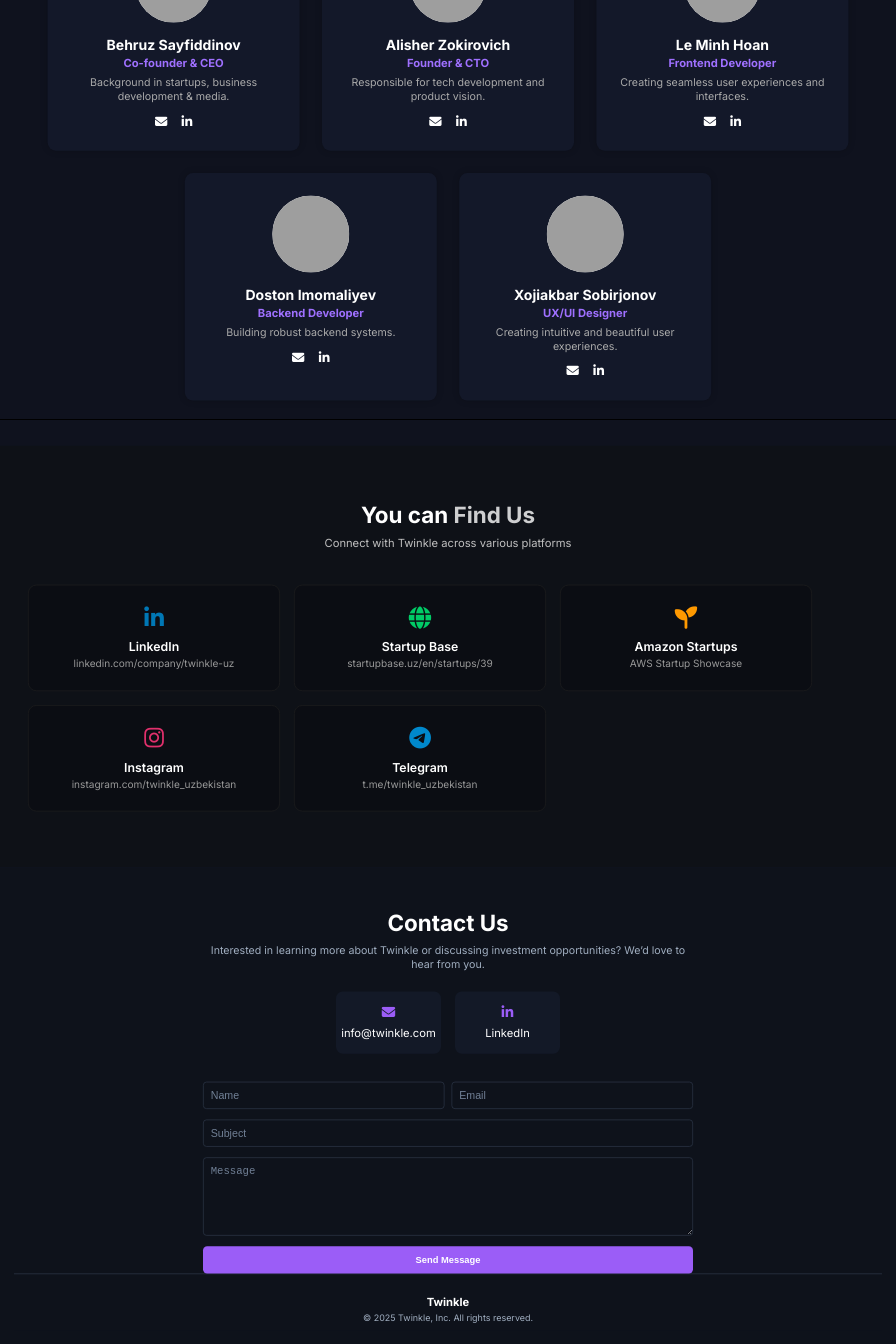
Repository: techboy-33/Twinkle-web
Page: index.html
The author's editor kept a copy of each file at every save. The page is drawn from the files as they stood at one save, then again after the next save.
The browser window is 1280 px wide. The pictures show the part of the page from y = 2306 to 4226 px (the page is 4226 px tall), at 70% of full size.
Pictures or frames that could not be fetched are drawn as grey boxes.

Above is the page before, as saved 2025-05-12 11:49:08.

### index.html
<!DOCTYPE html>
<html lang="en">

<head>
    <meta charset="UTF-8" />
    <meta name="viewport" content="width=device-width, initial-scale=1.0" />
    <title>Twinkle</title>
    <link href="styles.css" rel="stylesheet" />
    <link href="https://fonts.googleapis.com/css2?family=Inter:wght@400;600;700&display=swap" rel="stylesheet">
    <link rel="stylesheet" href="https://cdnjs.cloudflare.com/ajax/libs/font-awesome/6.5.0/css/all.min.css">
</head>

<body>
    <header class="navbar">
        <div class="container nav-inner">
            <div class="logo">Twinkle</div>
            <div class="nav-right">
                <nav class="nav-links">
                    <a href="#">General Info</a>
                    <a href="#">News</a>
                    <a href="#">Team</a>
                </nav>
                <div class="nav-icons">
                    <button class="icon-btn">🌐</button>
                    <button class="icon-btn">🌙</button>
                    <button class="contact-btn">Contact</button>
                </div>
            </div>
        </div>
    </header>
    <section class="hero">
        <div class="hero-inner">
            <h1>Twinkle</h1>
            <p class="subtitle">
                A social media platform uniting creators who produce high-quality, intellectual, and value-driven
                content with innovative filtering and multi-monetization models.
            </p>

            <div class="info-grid">
                <div class="info-card">
                    <h3>📍 Founded</h3>
                    <p>15th of December 2024</p>
                </div>
                <div class="info-card">
                    <h3>🏢 Headquarters</h3>
                    <p>Samarkand, Uzbekistan (remote)</p>
                </div>
                <div class="info-card">
                    <h3>🎯 Focus</h3>
                    <p>Creator economy, empowering media industry</p>
                </div>
                <div class="info-card">
                    <h3>🌍 Target Market</h3>
                    <p>Uzbekistan, Global Expansion</p>
                </div>
            </div>

            <button class="learn-btn">Learn More ⌄</button>
        </div>
    </section>
    <main class="container">
        <section class="general-info">
            <h2>General Info</h2>
            <div class="info-columns">
                <div class="left">
                    <p><strong>Industry</strong><br>Social Media, Creator Economy</p>
                    <p><strong>Business Model</strong><br>Platform, Subscription, Transaction Fees</p>
                    <p><strong>Location</strong><br>Tashkent, Uzbekistan</p>
                    <p><strong>Stage</strong><br>Pre-Seed</p>
                </div>
                <div class="right">
                    <p><strong>Description</strong><br>
                        Twinkle is designed to build a community of high-caliber, educational content creators while
                        creating a next-generation media platform that enables expanded monetization opportunities.
                    </p>
                    <p><strong>Investment Needs</strong><br>
                        Seeking investment for platform development, marketing, team expansion, and operational costs.
                    </p>
                    <button class="pitch-btn">View Pitch Deck ⬇️</button>
                </div>
            </div>
        </section>
    </main>
    <section class="news-section">
        <div class="container">
            <h2 class="news-title">Latest News</h2>
            <p class="news-subtitle">Updates and insights from our LinkedIn</p>

            <div class="news-grid">
                <!-- News Card 1 -->
                <div class="news-card">
                    <h3>Twinkle Announces Partnership with Local Creator Hub</h3>
                    <p>We're excited to announce our new partnership with the Central Asian Creator Hub, which will help
                        us connect with more talented content creators in the region...</p>
                    <div class="news-meta">
                        <span>📅 June 15, 2023</span>
                        <a href="#">Read More</a>
                    </div>
                </div>

                <!-- News Card 2 -->
                <div class="news-card">
                    <h3>The Future of Content Monetization in Emerging Markets</h3>
                    <p>Our CEO Behruz Sayfiddinov shares insights on how content creators in emerging markets can
                        leverage new monetization strategies to build sustainable careers...</p>
                    <div class="news-meta">
                        <span>📅 May 28, 2023</span>
                        <a href="#">Read More</a>
                    </div>
                </div>

                <!-- News Card 3 -->
                <div class="news-card">
                    <h3>Twinkle Featured in 'Startups to Watch' List</h3>
                    <p>We're honored to be included in this year's 'Startups to Watch' list by Tech Central Asia. This
                        recognition highlights our innovative approach to content creation...</p>
                    <div class="news-meta">
                        <span>📅 April 10, 2023</span>
                        <a href="#">Read More</a>
                    </div>
                </div>

                <!-- News Card 4 -->
                <div class="news-card">
                    <h3>Building a Quality-First Content Platform</h3>
                    <p>In our latest blog post, CTO Alisher Zokirovich discusses the technical challenges of building a
                        platform that prioritizes quality content while maintaining scalability...</p>
                    <div class="news-meta">
                        <span>📅 March 22, 2023</span>
                        <a href="#">Read More</a>
                    </div>
                </div>
            </div>

            <div class="view-all-wrapper">
                <button class="view-all-btn">View All Updates ⤵</button>
            </div>
        </div>
    </section>
    <section class="team-section">
        <div class="container">
            <h2 class="team-title">Our Team</h2>
            <p class="team-subtitle">Meet the passionate minds behind Twinkle</p>

            <div class="team-grid">
                <!-- Team Members -->
                <div class="team-card">
                    <img src="https://encrypted-tbn0.gstatic.com/images?q=tbn:ANd9GcR9CMIiPoEBXCQ0sEX700hf1_gQ1kkmD3HA4w&s"
                        alt="Behruz">
                    <h3>Behruz Sayfiddinov</h3>
                    <p class="role">Co-founder & CEO</p>
                    <p class="desc">Background in startups, business development & media.</p>
                    <div class="icons">
                        <a href="#"><i class="fas fa-envelope"></i></a>
                        <a href="#"><i class="fab fa-linkedin-in"></i></a>
                    </div>
                </div>

                <div class="team-card">
                    <img src="https://encrypted-tbn0.gstatic.com/images?q=tbn:ANd9GcR9CMIiPoEBXCQ0sEX700hf1_gQ1kkmD3HA4w&s"
                        alt="Alisher">
                    <h3>Alisher Zokirovich</h3>
                    <p class="role">Founder & CTO</p>
                    <p class="desc">Responsible for tech development and product vision.</p>
                    <div class="icons">
                        <a href="#"><i class="fas fa-envelope"></i></a>
                        <a href="#"><i class="fab fa-linkedin-in"></i></a>
                    </div>
                </div>

                <div class="team-card">
                    <img src="https://encrypted-tbn0.gstatic.com/images?q=tbn:ANd9GcR9CMIiPoEBXCQ0sEX700hf1_gQ1kkmD3HA4w&s"
                        alt="Member">
                    <h3>Le Minh Hoan</h3>
                    <p class="role">Frontend Developer</p>
                    <p class="desc">Creating seamless user experiences and interfaces.</p>
                    <div class="icons">
                        <a href="#"><i class="fas fa-envelope"></i></a>
                        <a href="#"><i class="fab fa-linkedin-in"></i></a>
                    </div>
                </div>

                <div class="team-card">
                    <img src="https://encrypted-tbn0.gstatic.com/images?q=tbn:ANd9GcR9CMIiPoEBXCQ0sEX700hf1_gQ1kkmD3HA4w&s"
                        alt="Member">
                    <h3>Doston Imomaliyev</h3>
                    <p class="role">Backend Developer</p>
                    <p class="desc">Building robust backend systems.</p>
                    <div class="icons">
                        <a href="#"><i class="fas fa-envelope"></i></a>
                        <a href="#"><i class="fab fa-linkedin-in"></i></a>
                    </div>
                </div>

                <div class="team-card">
                    <img src="https://encrypted-tbn0.gstatic.com/images?q=tbn:ANd9GcR9CMIiPoEBXCQ0sEX700hf1_gQ1kkmD3HA4w&s"
                        alt="Member">
                    <h3>Xojiakbar Sobirjonov</h3>
                    <p class="role">UX/UI Designer</p>
                    <p class="desc">Creating intuitive and beautiful user experiences.</p>
                    <div class="icons">
                        <a href="#"><i class="fas fa-envelope"></i></a>
                        <a href="#"><i class="fab fa-linkedin-in"></i></a>
                    </div>
                </div>
            </div>
        </div>
    </section>
    <section class="find-us-section">
        <div class="container">
            <h2 class="find-us-title">You can <span>Find Us</span></h2>
            <p class="find-us-subtitle">Connect with Twinkle across various platforms</p>
            <div class="find-us-grid">
                <div class="find-us-card linkedin">
                    <i class="fab fa-linkedin-in"></i>
                    <h3>LinkedIn</h3>
                    <p>linkedin.com/company/twinkle-uz</p>
                </div>
                <div class="find-us-card startup-base">
                    <i class="fas fa-globe"></i>
                    <h3>Startup Base</h3>
                    <p>startupbase.uz/en/startups/39</p>
                </div>
                <div class="find-us-card amazon">
                    <i class="fas fa-seedling"></i>
                    <h3>Amazon Startups</h3>
                    <p>AWS Startup Showcase</p>
                </div>
                <div class="find-us-card instagram">
                    <i class="fab fa-instagram"></i>
                    <h3>Instagram</h3>
                    <p>instagram.com/twinkle_uzbekistan</p>
                </div>
                <div class="find-us-card telegram">
                    <i class="fab fa-telegram-plane"></i>
                    <h3>Telegram</h3>
                    <p>t.me/twinkle_uzbekistan</p>
                </div>
            </div>
        </div>
    </section>
    <section class="contact-section">
        <div class="container contact-container">
          <h2 class="contact-title">Contact Us</h2>
          <p class="contact-description">
            Interested in learning more about Twinkle or discussing investment opportunities? We’d love to hear from you.
          </p>

          <div class="contact-methods">
            <div class="contact-box">
              <i class="fas fa-envelope"></i>
              <p>info@twinkle.com</p>
            </div>
            <div class="contact-box">
              <i class="fab fa-linkedin-in"></i>
              <p>LinkedIn</p>
            </div>
          </div>

          <form class="contact-form">
            <div class="form-row">
              <input type="text" placeholder="Name" required />
              <input type="email" placeholder="Email" required />
            </div>
            <input type="text" placeholder="Subject" required />
            <textarea placeholder="Message" rows="5" required></textarea>
            <button type="submit" class="send-btn">Send Message</button>
          </form>
        </div>

        <footer class="contact-footer">
          <div class="container">
            <p class="footer-brand">Twinkle</p>
            <p class="footer-rights">© 2025 Twinkle, Inc. All rights reserved.</p>
          </div>
        </footer>
      </section>

</body>

</html>

### styles.css
* {
  margin: 0;
  padding: 0;
  box-sizing: border-box;
}

body {
  margin: 0;
  background-color: #0f172a;
  font-family: 'Inter', sans-serif;
  color: #cbd5e1;
  padding-top: 80px;
}

.container {
  max-width: 1200px;
  margin: 0 auto;
}

.navbar {
  position: fixed;
  top: 0;
  width: 100%;
  background-color: #0f172a;
  z-index: 1000;
  padding: 20px 0;
}

.nav-inner {
  display: flex;
  justify-content: space-between;
  align-items: center;
}
.hero {
  background-color: #0b0b0c;
  color: #fff;
  padding: 100px 0;
}

.hero-inner {
  padding: 0 20%;
  display: flex;
  flex-direction: column;
  align-items: flex-start;
}


.logo {
  font-size: 20px;
  font-weight: 700;
  color: white;
}

.nav-right {
  display: flex;
  align-items: center;
  gap: 24px;
}

.nav-links {
  display: flex;
  gap: 24px;
}

.nav-links a {
  text-decoration: none;
  color: #d1d5db;
  font-weight: 500;
  font-size: 14px;
}

.nav-icons {
  display: flex;
  align-items: center;
  gap: 16px;
}

.icon-btn {
  background: none;
  border: none;
  color: #d1d5db;
  font-size: 18px;
  cursor: pointer;
}

.contact-btn {
  background-color: #8b5cf6;
  border: none;
  color: white;
  padding: 8px 16px;
  border-radius: 6px;
  font-weight: 600;
  font-size: 14px;
  cursor: pointer;
}


.main-container {
  max-width: 1200px;
  margin: 60px auto;
  padding-left: 60px;
  display: flex;
  justify-content: flex-start;
}


.hero-inner h1 {
  font-size: 56px;
  font-weight: 800;
  margin-bottom: 20px;
}

.subtitle {
  font-size: 18px;
  max-width: 720px;
  color: #a1a1aa;
  margin-bottom: 50px;
  line-height: 1.7;
}

.info-grid {
  display: grid;
  grid-template-columns: repeat(2, 1fr);
  gap: 24px 40px;
  width: 100%;
  margin-bottom: 40px;
}

.info-card {
  background-color: #101014;
  padding: 24px 28px;
  border: 1px solid #1e1e2e;
  border-radius: 10px;
  display: flex;
  flex-direction: column;
  gap: 8px;
}

.info-card h3 {
  font-size: 16px;
  color: #d4d4d8;
  font-weight: 600;
  display: flex;
  align-items: center;
  gap: 8px;
}

.info-card h3::before {
  content: '📌';
  color: #a855f7;
}

.info-card:nth-child(2) h3::before {
  content: '🏢';
}

.info-card:nth-child(3) h3::before {
  content: '🎯';
}

.info-card:nth-child(4) h3::before {
  content: '🌍';
}

.info-card p {
  font-size: 14px;
  color: #a1a1aa;
}

.learn-btn {
  background-color: #8b5cf6;
  color: white;
  padding: 12px 28px;
  font-size: 16px;
  border-radius: 6px;
  border: none;
  cursor: pointer;
  transition: background 0.3s ease;
}

.learn-btn:hover {
  background-color: #7c3aed;
}

/* General Info Section */
.general-info {
  padding: 80px 140px;
}

.general-info h2 {
  text-align: center;
  font-size: 32px;
  color: white;
  margin-bottom: 40px;
}

.info-columns {
  display: flex;
  gap: 60px;
  justify-content: space-between;
}

.info-columns .left,
.info-columns .right {
  flex: 1;
}

.info-columns p {
  margin-bottom: 20px;
  color: #94a3b8;
  line-height: 24px;
}

.info-columns strong {
  color: white;
}

/* Pitch Deck Button */
.pitch-btn {
  background-color: #8b5cf6;
  color: white;
  border: none;
  padding: 12px 20px;
  font-weight: 500;
  border-radius: 6px;
  margin-top: 20px;
  cursor: pointer;
}

/* new section */
.news-section {
  background-color: #0f1117;
  color: #fff;
  padding: 60px 20px;
}

.news-title {
  font-size: 2rem;
  font-weight: 700;
  margin-bottom: 8px;
  padding-left: 140px;
}

.news-subtitle {
  color: #ccc;
  margin-bottom: 40px;
  padding-left: 140px;

}

.news-grid {
  display: grid;
  grid-template-columns: repeat(2, 1fr);
  gap: 32px;
  max-width: 1200px;
  margin: 0 auto;
}

.news-card {
  background-color: #181b22;
  border-radius: 12px;
  padding: 20px;
  transition: background 0.3s;
}

.news-card h3 {
  font-size: 1.1rem;
  font-weight: 600;
  margin-bottom: 10px;
}

.news-card p {
  font-size: 14px;
  line-height: 1.5;
  color: #ccc;
}

.news-meta {
  display: flex;
  justify-content: space-between;
  align-items: center;
  font-size: 0.85rem;
  margin-top: 15px;
  color: #888;
}

.news-meta a {
  color: #a78bfa;
  text-decoration: none;
  font-weight: 500;
}

.view-all-wrapper {
  text-align: center;
  margin-top: 40px;
}

.view-all-btn {
  background-color: #1f2230;
  color: #fff;
  padding: 10px 20px;
  border-radius: 8px;
  border: 1px solid #333;
  cursor: pointer;
  transition: all 0.2s ease;
}

.view-all-btn:hover {
  background-color: #2c2f3e;
}

/* team section */
.team-section {
  padding: 4rem 1rem;
  background-color: #0f121e;
  color: white;
  text-align: center;
}

.team-title {
  font-size: 2.5rem;
  margin-bottom: 0.5rem;
}

.team-subtitle {
  font-size: 1.1rem;
  margin-bottom: 4rem;
  color: #aaa;
}

.team-grid {
  display: flex;
  flex-wrap: wrap;
  justify-content: center;
  gap: 2rem;
}

.team-card {
  background-color: #131829;
  border-radius: 12px;
  padding: 2rem 1.5rem;
  width: 360px;
  text-align: center;
  box-shadow: 0 0 10px rgba(0,0,0,0.2);
}

.team-card img {
  width: 110px;
  height: 110px;
  border-radius: 50%;
  background-color: white;
  object-fit: cover;
  margin-bottom: 1rem;
}

.team-card h3 {
  font-size: 1.25rem;
  margin-bottom: 0.25rem;
}

.team-card .role {
  font-weight: bold;
  color: #9f70ff;
  margin-bottom: 0.5rem;
}

.team-card .desc {
  font-size: 0.95rem;
  color: #aaa;
  margin-bottom: 1rem;
}

.team-card .icons a {
  color: white;
  margin: 0 0.5rem;
  font-size: 1.1rem;
}


.icons a:hover {
  color: #a76cff;
}

/* Find Us */
.find-us-section {
  background-color: #0e1117;
  padding: 80px 20px;
  text-align: center;
  color: #fff;
}

.find-us-title {
  font-size: 2rem;
  font-weight: 700;
  margin-bottom: 10px;
}

.find-us-title span {
  color: #ffffffcc;
}

.find-us-subtitle {
  color: #c0c0c0;
  margin-bottom: 50px;
  font-size: 1rem;
}

.find-us-grid {
  display: flex;
  flex-wrap: wrap;
  justify-content: start;
  gap: 20px;
}

.find-us-card {
  background-color: #0b0d13;
  border: 1px solid #1f1f1f;
  border-radius: 12px;
  padding: 30px;
  width: 360px;
  text-align: center;
  transition: all 0.3s ease;
}

.find-us-card:hover {
  transform: translateY(-5px);
  border-color: #2c7cf4;
}

.find-us-card i {
  font-size: 2rem;
  margin-bottom: 15px;
  display: block;
}

.find-us-card h3 {
  font-size: 1.1rem;
  font-weight: 600;
  margin-bottom: 5px;
}

.find-us-card p {
  font-size: 0.9rem;
  color: #999;
}

/* Optional: Different icon colors per platform */
.find-us-card.linkedin i { color: #0077b5; }
.find-us-card.startup-base i { color: #00cc66; }
.find-us-card.amazon i { color: #ff9900; }
.find-us-card.instagram i { color: #e1306c; }
.find-us-card.telegram i { color: #0088cc; }

/* Contact */
.contact-section {
  background-color: #0e121b;
  color: #fff;
  padding: 60px 20px 20px;
  font-family: 'Inter', sans-serif;
}

.contact-container {
  max-width: 700px;
  margin: 0 auto;
  text-align: center;
}

.contact-title {
  font-size: 2rem;
  font-weight: 700;
  margin-bottom: 10px;
}

.contact-description {
  font-size: 0.95rem;
  color: #a0aec0;
  margin-bottom: 30px;
}

.contact-methods {
  display: flex;
  justify-content: center;
  gap: 20px;
  margin-bottom: 40px;
}

.contact-box {
  background-color: #131927;
  padding: 20px;
  border-radius: 10px;
  width: 150px;
  color: #fff;
  display: flex;
  flex-direction: column;
  align-items: center;
}

.contact-box i {
  font-size: 1.2rem;
  color: #9b5df7;
  margin-bottom: 10px;
}

.contact-form {
  display: flex;
  flex-direction: column;
  gap: 15px;
}

.form-row {
  display: flex;
  gap: 10px;
}

.form-row input {
  flex: 1;
}

.contact-form input,
.contact-form textarea {
  background-color: #0e121b;
  border: 1px solid #2d3748;
  border-radius: 5px;
  padding: 10px;
  color: #fff;
  font-size: 0.95rem;
}

.contact-form input::placeholder,
.contact-form textarea::placeholder {
  color: #718096;
}

.send-btn {
  background-color: #9b5df7;
  color: white;
  padding: 12px;
  border: none;
  border-radius: 6px;
  font-weight: 600;
  cursor: pointer;
  transition: background 0.3s;
}

.send-btn:hover {
  background-color: #7a3fdd;
}

.contact-footer {
  padding: 30px 20px 10px;
  border-top: 1px solid #2d3748;
  text-align: center;
  background-color: #0e121b;
}

.footer-brand {
  font-weight: bold;
  margin-bottom: 5px;
}

.footer-rights {
  font-size: 0.8rem;
  color: #a0aec0;
}

After the next save:
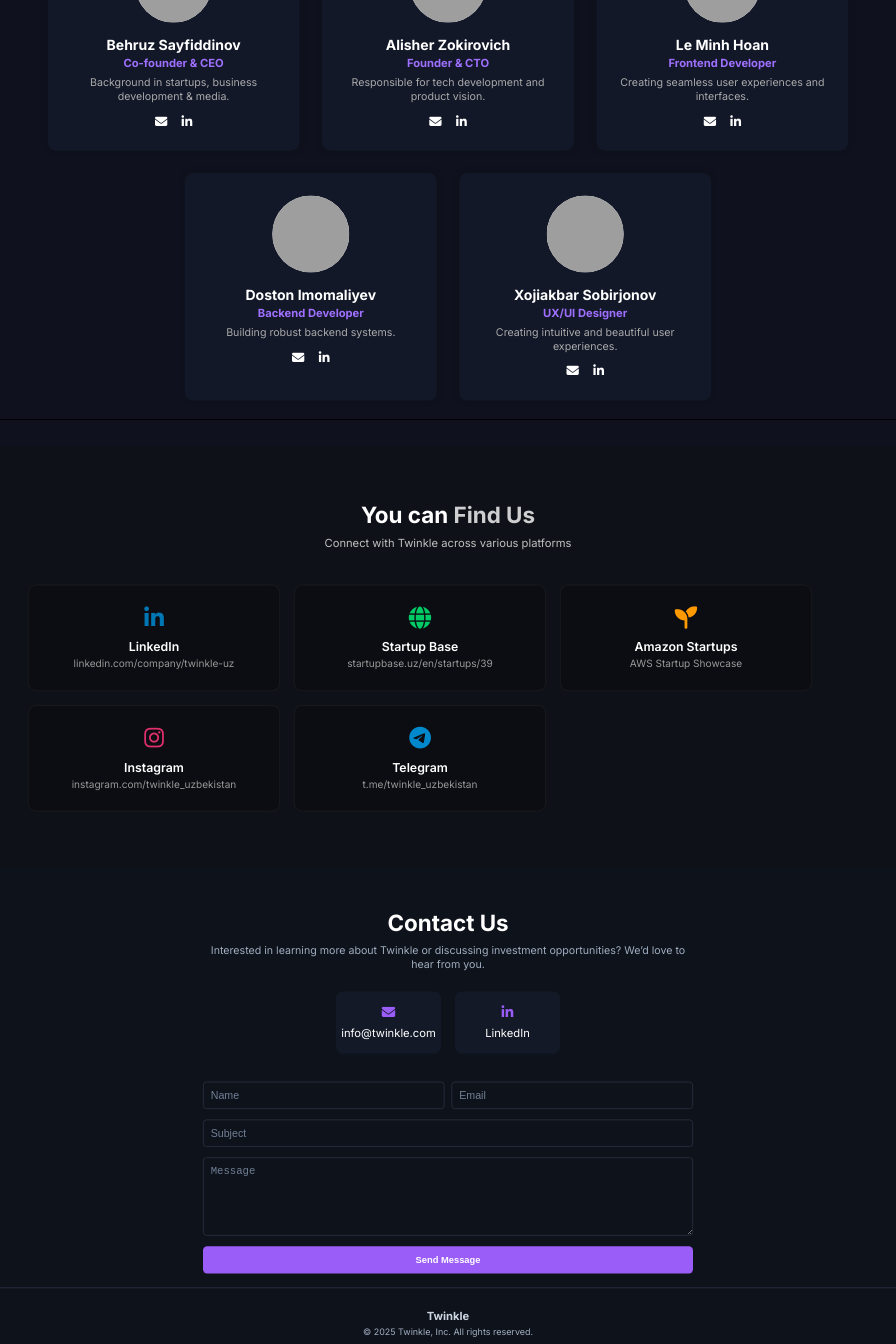
Saved 21 s later.
--- a/index.html
+++ b/index.html
@@ -241,40 +241,41 @@
     </section>
     <section class="contact-section">
         <div class="container contact-container">
-          <h2 class="contact-title">Contact Us</h2>
-          <p class="contact-description">
-            Interested in learning more about Twinkle or discussing investment opportunities? We’d love to hear from you.
-          </p>
-
-          <div class="contact-methods">
-            <div class="contact-box">
-              <i class="fas fa-envelope"></i>
-              <p>info@twinkle.com</p>
-            </div>
-            <div class="contact-box">
-              <i class="fab fa-linkedin-in"></i>
-              <p>LinkedIn</p>
-            </div>
-          </div>
-
-          <form class="contact-form">
-            <div class="form-row">
-              <input type="text" placeholder="Name" required />
-              <input type="email" placeholder="Email" required />
-            </div>
-            <input type="text" placeholder="Subject" required />
-            <textarea placeholder="Message" rows="5" required></textarea>
-            <button type="submit" class="send-btn">Send Message</button>
-          </form>
-        </div>
-
-        <footer class="contact-footer">
-          <div class="container">
+            <h2 class="contact-title">Contact Us</h2>
+            <p class="contact-description">
+                Interested in learning more about Twinkle or discussing investment opportunities? We’d love to hear from
+                you.
+            </p>
+
+            <div class="contact-methods">
+                <div class="contact-box">
+                    <i class="fas fa-envelope"></i>
+                    <p>info@twinkle.com</p>
+                </div>
+                <div class="contact-box">
+                    <i class="fab fa-linkedin-in"></i>
+                    <p>LinkedIn</p>
+                </div>
+            </div>
+
+            <form class="contact-form">
+                <div class="form-row">
+                    <input type="text" placeholder="Name" required />
+                    <input type="email" placeholder="Email" required />
+                </div>
+                <input type="text" placeholder="Subject" required />
+                <textarea placeholder="Message" rows="5" required></textarea>
+                <button type="submit" class="send-btn">Send Message</button>
+            </form>
+        </div>
+
+    </section>
+    <footer class="contact-footer">
+        <div class="container">
             <p class="footer-brand">Twinkle</p>
             <p class="footer-rights">© 2025 Twinkle, Inc. All rights reserved.</p>
-          </div>
-        </footer>
-      </section>
+        </div>
+    </footer>
 
 </body>
 
